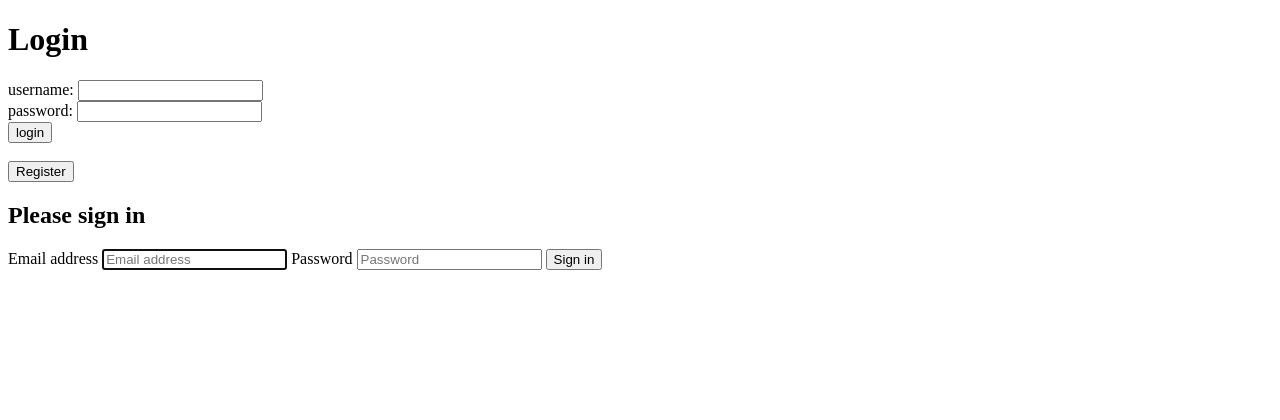
Repository: aaikinsm/FDM-Programs
Page: http://localhost/SoloProject/createExam.jsp
The author's editor kept a copy of each file at every save. The page is drawn from the files as they stood at one save, then again after the next save.
The browser window is 1280 px wide. The pictures show the whole page.
The page is served by Tomcat 9. Other server files are loaded and not shown.

Above is the page before, as saved 2017-05-26 17:38:13.

### SoloProject/WebContent/login.jsp
<%@ page language="java" contentType="text/html; charset=ISO-8859-1"
    pageEncoding="ISO-8859-1"%>
<!DOCTYPE html PUBLIC "-//W3C//DTD HTML 4.01 Transitional//EN" "http://www.w3.org/TR/html4/loose.dtd">
<html>
<head>
<meta http-equiv="Content-Type" content="text/html; charset=ISO-8859-1">
<title>Login</title>
</head>
<body>
	<h1>Login</h1>
	<h2 class="error" style="color:red">${errorMsg} </h2>
	<form action="login" method="post">
		username: <input type="text" name="username"><br/>
		password: <input type="password" name="password"><br/>
		<input type="submit" value="login">
	</form>
	<br/>
	<button >Register</button>

	<div class="container">

      <form class="form-signin">
        <h2 class="form-signin-heading">Please sign in</h2>
        <label for="inputEmail" class="sr-only">Email address</label>
        <input type="email" id="inputEmail" name="username" class="form-control" placeholder="Email address" required autofocus>
        <label for="inputPassword" class="sr-only">Password</label>
        <input type="password" id="inputPassword" name="password" class="form-control" placeholder="Password" required>
        <button class="btn btn-lg btn-primary btn-block" type="submit">Sign in</button>
      </form>

    </div>
</body>
</html>

After the next save:
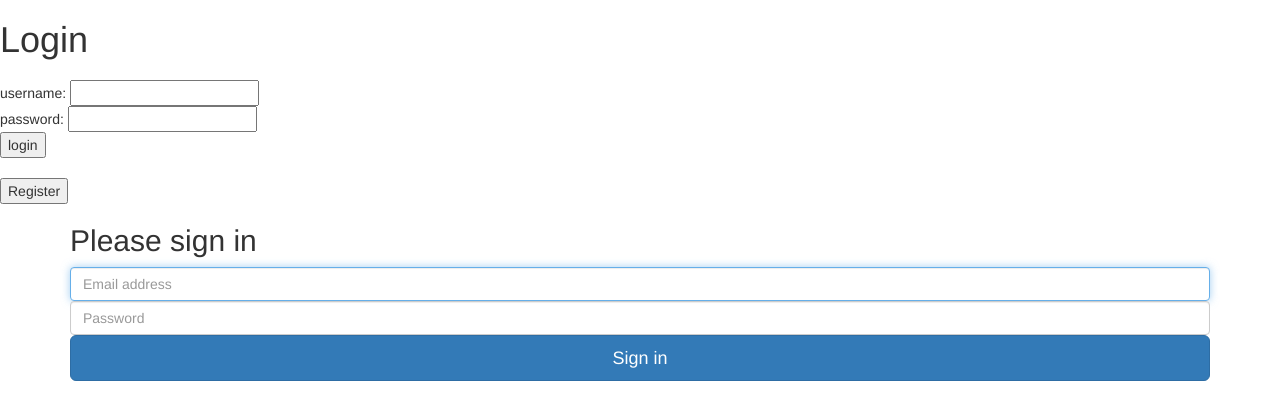
Saved 2 min 32 s later.
--- a/SoloProject/WebContent/login.jsp
+++ b/SoloProject/WebContent/login.jsp
@@ -5,6 +5,10 @@
 <head>
 <meta http-equiv="Content-Type" content="text/html; charset=ISO-8859-1">
 <title>Login</title>
+
+<!-- Latest compiled and minified CSS -->
+<link rel="stylesheet" href="https://maxcdn.bootstrapcdn.com/bootstrap/3.3.7/css/bootstrap.min.css" integrity="sha384-BVYiiSIFeK1dGmJRAkycuHAHRg32OmUcww7on3RYdg4Va+PmSTsz/K68vbdEjh4u" crossorigin="anonymous">
+
 </head>
 <body>
 	<h1>Login</h1>
